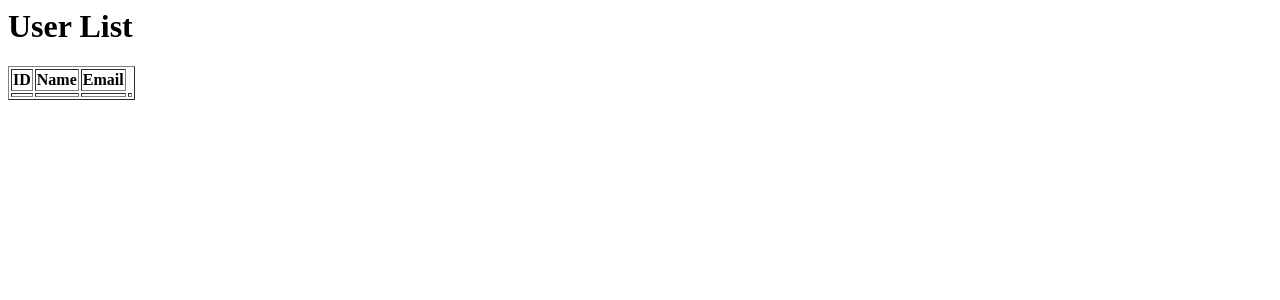
Repository: UrinduYatawakaa/OOP_project
Page: http://localhost/ProductDemo/allProduct.jsp
An editor plug-in stored every save of this project. The page is shown before and after the next save, followed by the edit.
The browser window is 1280 px wide. The pictures show the whole page.
The page is served by Tomcat 9. Other server files are loaded and not shown.

Above is the page before, as saved 2023-10-23 12:29:44.

### oop project/ProductDemo/src/main/webapp/allProduct.jsp
<%@ page contentType="text/html;charset=UTF-8" language="java" %>
<html>
<head>
    <title>User List</title>
</head>
<body>
    <h1>User List</h1>
    <table border="1">
        <tr>
            <th>ID</th>
            <th>Name</th>
            <th>Email</th>
        </tr>
        <c:forEach var="product" items="${product}">
            <tr>
                <td>${product.id}</td>
                <td>${product.productName}</td>
                <td>${product.price}</td>
                <td>${product.category}</td>
            </tr>
        </c:forEach>
    </table>
</body>
</html>

After the next save:
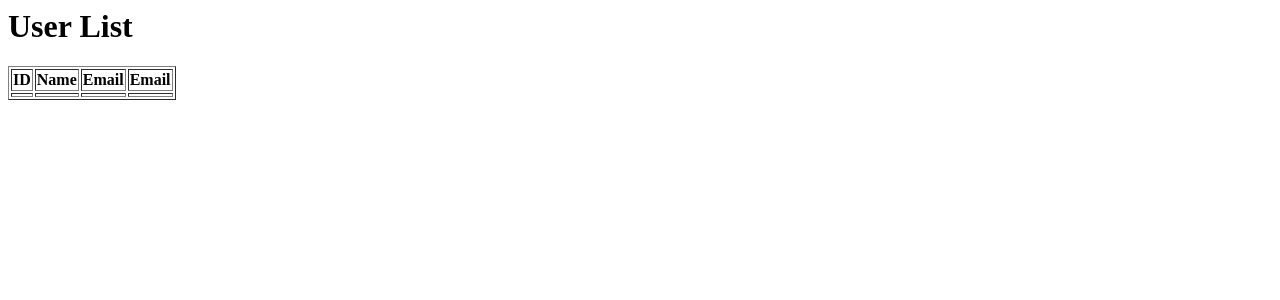
Saved 41 s later.
--- a/oop project/ProductDemo/src/main/webapp/allProduct.jsp
+++ b/oop project/ProductDemo/src/main/webapp/allProduct.jsp
@@ -10,6 +10,8 @@
             <th>ID</th>
             <th>Name</th>
             <th>Email</th>
+            <th>Email</th>
+
         </tr>
         <c:forEach var="product" items="${product}">
             <tr>
